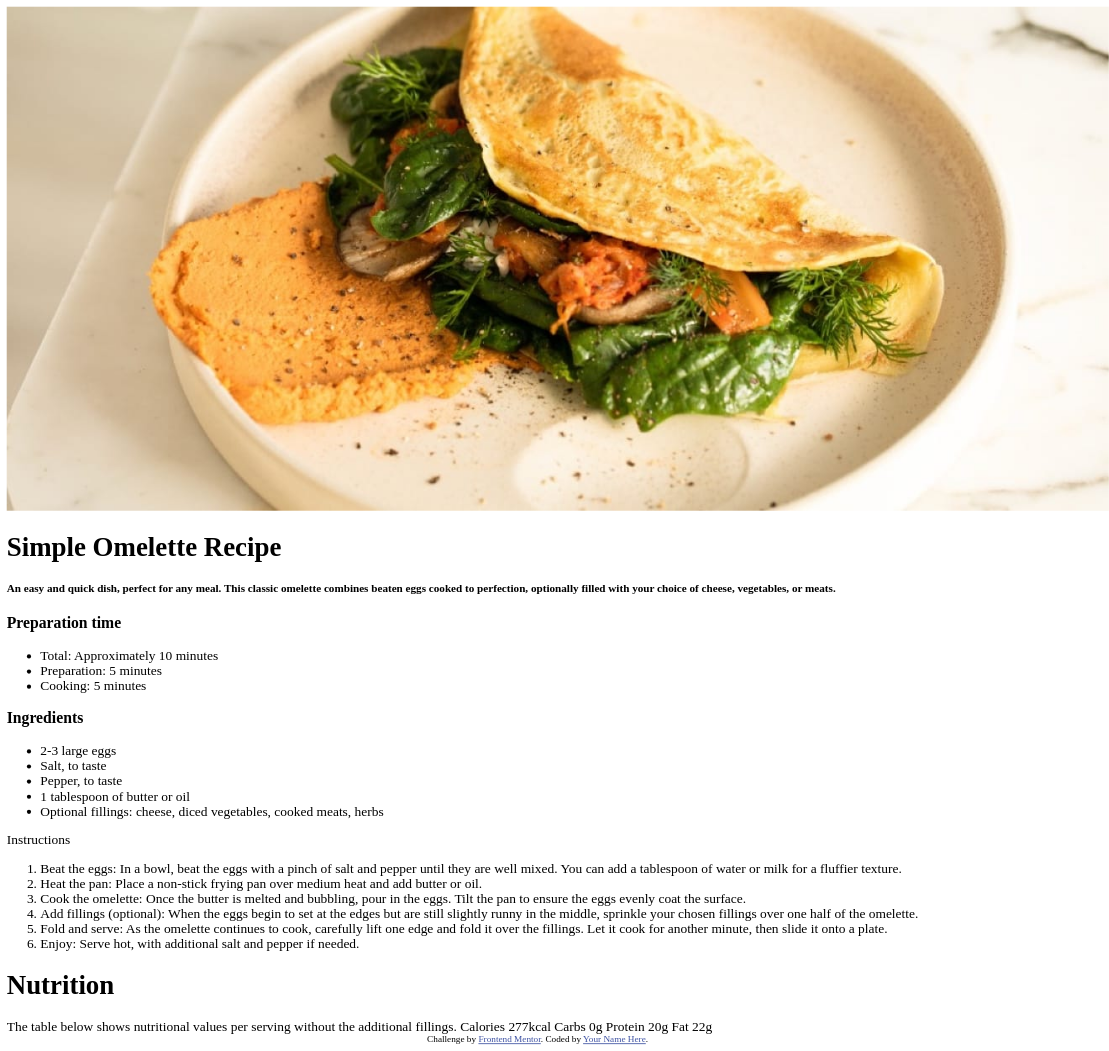
Repository: sodmaq/recipe-page-
Page: index.html
These files come from the project's save history. The page is drawn as it stood at one moment and after the next save; the edit follows.
The browser window is 1280 px wide. The page is 1320 px wide, so the pictures cover 1320 px, including what lies to the right of the window. The pictures show the whole page, at 84% of full size.

Above is the page before, as saved 2024-09-07 12:35:38.

### index.html
<!DOCTYPE html>
<html lang="en">
  <head>
    <meta charset="UTF-8" />
    <meta name="viewport" content="width=device-width, initial-scale=1.0" />
    <!-- displays site properly based on user's device -->

    <link
      rel="icon"
      type="image/png"
      sizes="32x32"
      href="./assets/images/favicon-32x32.png"
    />

    <title>Frontend Mentor | Recipe page</title>

    <!-- Feel free to remove these styles or customise in your own stylesheet 👍 -->
    <style>
      .attribution {
        font-size: 11px;
        text-align: center;
      }
      .attribution a {
        color: hsl(228, 45%, 44%);
      }
    </style>
  </head>
  <body>
    <img src="/assets/images/image-omelette.jpeg" alt="" />
    <h1>Simple Omelette Recipe</h1>
    <h5>
      An easy and quick dish, perfect for any meal. This classic omelette
      combines beaten eggs cooked to perfection, optionally filled with your
      choice of cheese, vegetables, or meats.
    </h5>
    <h3>Preparation time</h3>
    <ul>
      <li>Total: Approximately 10 minutes</li>
      <li>Preparation: 5 minutes</li>
      <li>Cooking: 5 minutes</li>
    </ul>

    <h3>Ingredients</h3>
    <ul>
      <li>2-3 large eggs</li>
      <li>Salt, to taste</li>
      <li>Pepper, to taste</li>
      <li>1 tablespoon of butter or oil</li>
      <li>Optional fillings: cheese, diced vegetables, cooked meats, herbs</li>
    </ul>
    <p>Instructions</p>

    <ol>
      <li>
        Beat the eggs: In a bowl, beat the eggs with a pinch of salt and pepper
        until they are well mixed. You can add a tablespoon of water or milk for
        a fluffier texture.
      </li>
      <li>
        Heat the pan: Place a non-stick frying pan over medium heat and add
        butter or oil.
      </li>
      <li>
        Cook the omelette: Once the butter is melted and bubbling, pour in the
        eggs. Tilt the pan to ensure the eggs evenly coat the surface.
      </li>
      <li>
        Add fillings (optional): When the eggs begin to set at the edges but are
        still slightly runny in the middle, sprinkle your chosen fillings over
        one half of the omelette.
      </li>
      <li>
        Fold and serve: As the omelette continues to cook, carefully lift one
        edge and fold it over the fillings. Let it cook for another minute, then
        slide it onto a plate.
      </li>
      <li>Enjoy: Serve hot, with additional salt and pepper if needed.</li>
    </ol>

    <h1>Nutrition</h1>

    The table below shows nutritional values per serving without the additional
    fillings. Calories 277kcal Carbs 0g Protein 20g Fat 22g

    <div class="attribution">
      Challenge by
      <a href="https://www.frontendmentor.io?ref=challenge" target="_blank"
        >Frontend Mentor</a
      >. Coded by <a href="#">Your Name Here</a>.
    </div>
  </body>
</html>

After the next save:
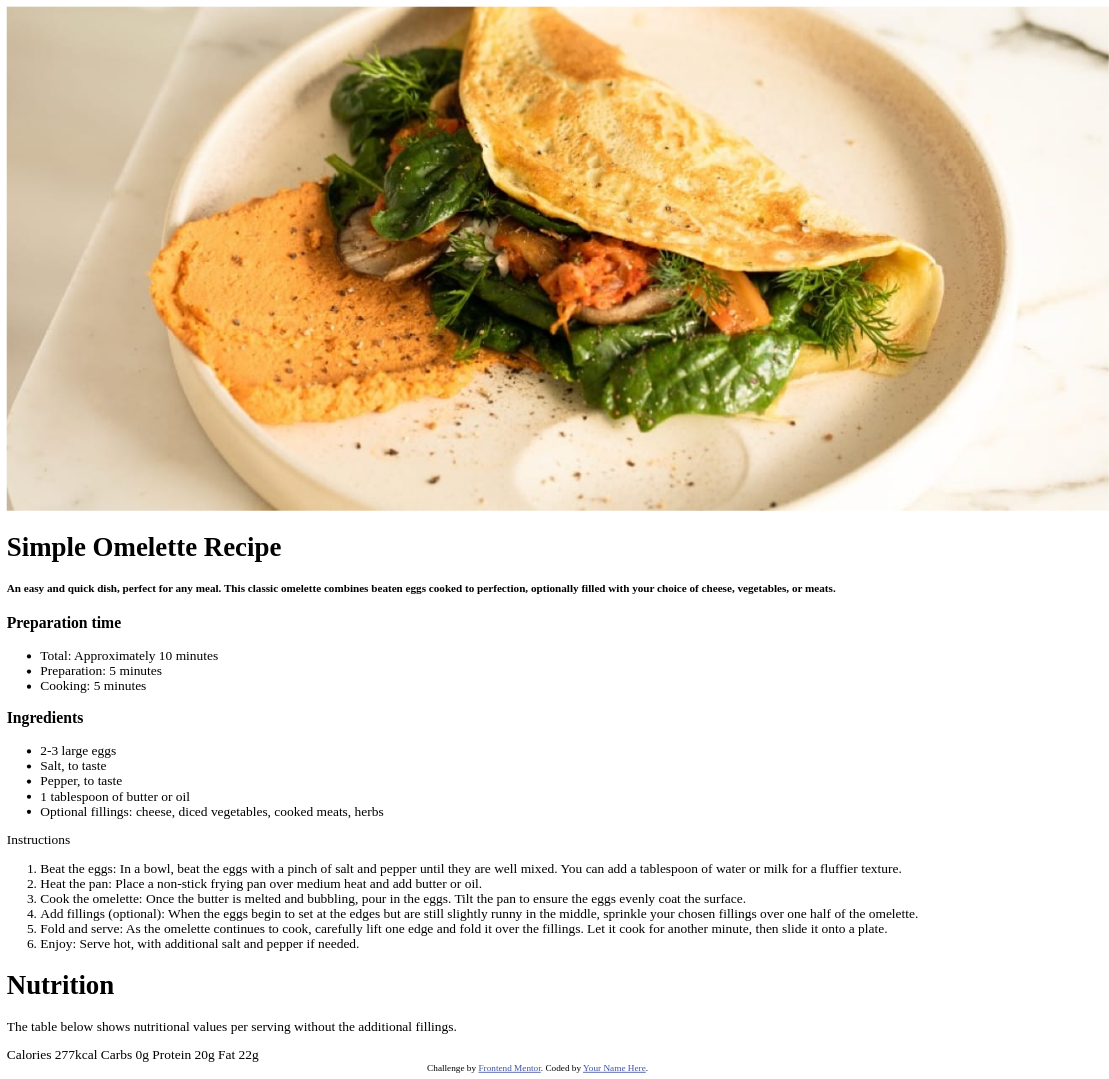
Saved 46 s later.
--- a/index.html
+++ b/index.html
@@ -78,9 +78,12 @@
     </ol>
 
     <h1>Nutrition</h1>
+    <p>
+      The table below shows nutritional values per serving without the
+      additional fillings.
+    </p>
 
-    The table below shows nutritional values per serving without the additional
-    fillings. Calories 277kcal Carbs 0g Protein 20g Fat 22g
+    Calories 277kcal Carbs 0g Protein 20g Fat 22g
 
     <div class="attribution">
       Challenge by
